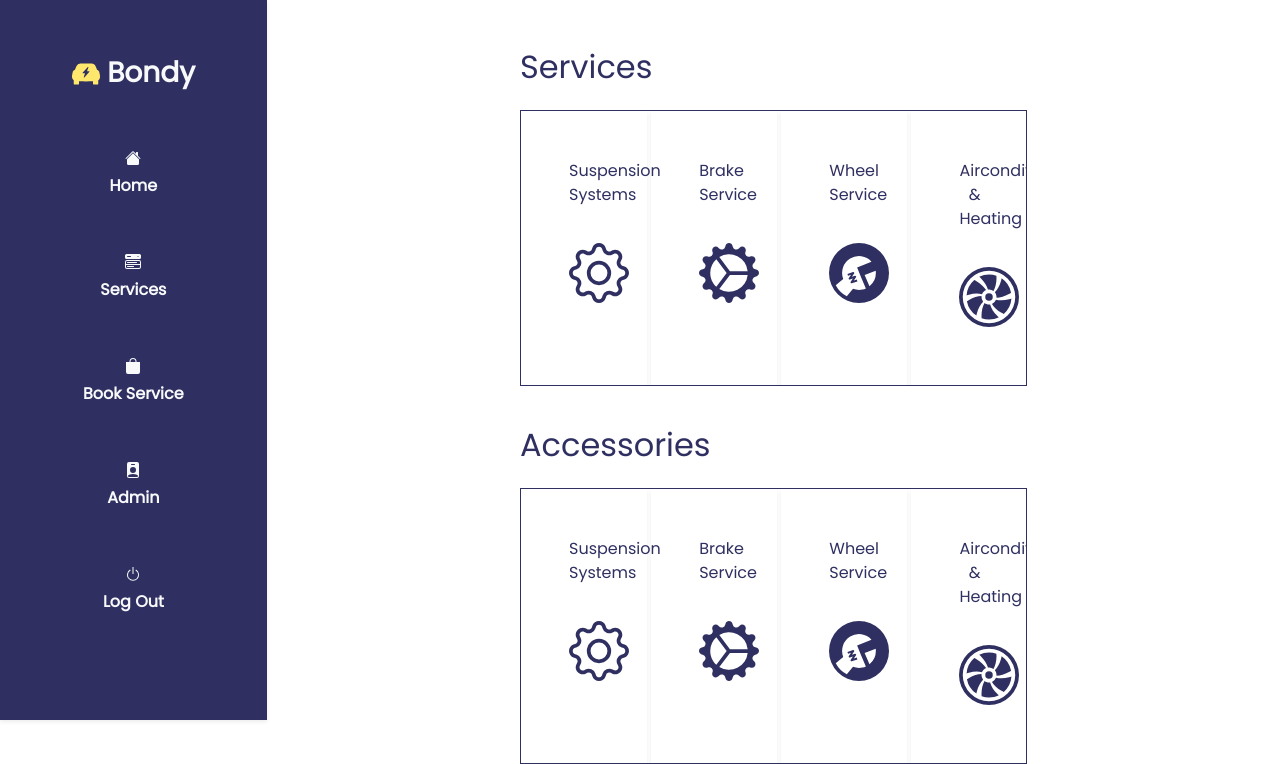
Repository: duzzisantos/bondy
Page: /
The author's editor kept a copy of each file at every save. The page is drawn from the files as they stood at one save, then again after the next save.
The browser window is 1280 px wide. The pictures show the whole page.
Some web libraries are served in a nearby version. The project was rebuilt for these pictures with package versions that can differ from the ones it lists, and the page was loaded fresh each time.

Above is the page before, as saved 2023-06-18 01:39:55.

### public/index.html
<!DOCTYPE html>
<html lang="en">
  <head>
    <meta charset="utf-8" />
    <link rel="icon" href="%PUBLIC_URL%/favicon.ico" />
    <meta name="viewport" content="width=device-width, initial-scale=1" />
    <meta name="theme-color" content="#000000" />
    <meta
      name="description"
      content="Web site created using create-react-app"
    />
    <link rel="apple-touch-icon" href="%PUBLIC_URL%/logo192.png" />
    <!-- Option 1: Include in HTML -->
    <link
      rel="stylesheet"
      href="https://cdn.jsdelivr.net/npm/bootstrap-icons@1.3.0/font/bootstrap-icons.css"
    />
    <link rel="preconnect" href="https://fonts.googleapis.com" />
    <link rel="preconnect" href="https://fonts.gstatic.com" crossorigin />
    <!--
      manifest.json provides metadata used when your web app is installed on a
      user's mobile device or desktop. See https://developers.google.com/web/fundamentals/web-app-manifest/
    -->
    <link rel="manifest" href="%PUBLIC_URL%/manifest.json" />
    <!--
      Notice the use of %PUBLIC_URL% in the tags above.
      It will be replaced with the URL of the `public` folder during the build.
      Only files inside the `public` folder can be referenced from the HTML.

      Unlike "/favicon.ico" or "favicon.ico", "%PUBLIC_URL%/favicon.ico" will
      work correctly both with client-side routing and a non-root public URL.
      Learn how to configure a non-root public URL by running `npm run build`.
    -->
    <title>React App</title>
  </head>
  <body>
    <noscript>You need to enable JavaScript to run this app.</noscript>
    <div id="root"></div>
    <!--
      This HTML file is a template.
      If you open it directly in the browser, you will see an empty page.

      You can add webfonts, meta tags, or analytics to this file.
      The build step will place the bundled scripts into the <body> tag.

      To begin the development, run `npm start` or `yarn start`.
      To create a production bundle, use `npm run build` or `yarn build`.
    -->
  </body>
</html>

### src/index.js
import React from "react";
import ReactDOM from "react-dom/client";
import "./index.css";
import App from "./App";
import "bootstrap/dist/css/bootstrap.min.css";
import { BrowserRouter as Router } from "react-router-dom";

const root = ReactDOM.createRoot(document.getElementById("root"));
root.render(
  <React.StrictMode>
    <Router>
      <App />
    </Router>
  </React.StrictMode>
);

### src/App.js
import "./App.css";
import "bootstrap";
import SideBar from "./components/Navigation/SideBar";
import { Routes, Route } from "react-router-dom";
import LandingPage from "./views/LandingPage";
function App() {
  return (
    <div className="App d-flex flex-row flex-nowrap">
      <SideBar />
      <Routes>
        <Route path="/" element={<LandingPage />} />
        <Route path="/home" element={<LandingPage />} />
      </Routes>
    </div>
  );
}

export default App;

### src/App.css
@import url("https://fonts.googleapis.com/css2?family=Cabin&family=Montserrat:wght@200&family=Poppins&display=swap");

* {
  font-family: "Poppins", sans-serif;
}
.App {
  text-align: center;
}

.custom-color {
  color: #2f3061 !important;
}

.custom-bg-color {
  background-color: #2f3061;
}

.custom-border {
  border: 1px solid #2f3061;
}

### src/components/Navigation/SideBar.tsx
import React, { FunctionComponent } from "react";
import "react-bootstrap";
import "../../App.css";
import "./Navigation.scss";
import { Link } from "react-router-dom";
import {
  HouseFill,
  BagFill,
  PersonBadgeFill,
  Power,
  EvFrontFill,
  MenuButtonWideFill,
} from "react-bootstrap-icons";

const commonLinkClasses =
  "d-flex flex-column justify-content-center align-items-center p-1 gap-2 text-light text-decoration-none fw-bold";
const SideBar: FunctionComponent = () => {
  return (
    <div className="col-2 vh-100 custom-bg-color shadow-sm p-5 text-light d-flex flex-column vstack gap-5">
      <Link to={"/"} className={commonLinkClasses + " fs-3"}>
        <span>
          <EvFrontFill className="brand-icon-color" /> Bondy
        </span>
      </Link>
      <Link to={"/home"} className={commonLinkClasses}>
        <HouseFill />
        Home
      </Link>

      <Link to={"/services"} className={commonLinkClasses}>
        <MenuButtonWideFill />
        Services
      </Link>

      <Link to={"/book-service"} className={commonLinkClasses}>
        <BagFill />
        Book Service
      </Link>

      <Link to={"/admin"} className={commonLinkClasses}>
        <PersonBadgeFill />
        Admin
      </Link>

      <Link to={"/logout"} className={commonLinkClasses}>
        <Power />
        Log Out
      </Link>
    </div>
  );
};

export default SideBar;

### src/views/LandingPage.tsx
import React, { FunctionComponent } from "react";
import "../components/Home/LandingPage.scss";
import LandingPageScrollContainer from "src/components/Home/LandingPageScrollContainer";
import { servicesList } from "src/components/Home/landingPageContent";

const LandingPage: FunctionComponent = () => {
  const handleClick = () => {
    console.log("This was clicked");
  };
  return (
    <div className="col-9 pt-5 vstack gap-5 d-flex flex-column align-items-center">
      <LandingPageScrollContainer
        content={servicesList}
        category="Services"
        handleClick={handleClick}
      />
      <LandingPageScrollContainer
        content={servicesList}
        category="Accessories"
        handleClick={handleClick}
      />
    </div>
  );
};

export default LandingPage;

### src/components/Navigation/Navigation.scss
.brand-icon-color {
  color: #ffe66d !important;
}

### src/components/Home/LandingPage.scss
.scroll-container-fixed {
  position: fixed !important;
}

.scroll-container-size {
  height: 330px !important;
}

.service-card {
  height: 270px !important;
}

.service-icon-font {
  font-size: 60px !important;
}

### src/components/Home/LandingPageScrollContainer.tsx
import React, { FunctionComponent } from "react";
import "../../App.css";
import { Link } from "react-router-dom";

interface ScrollContainerProps {
  content: any[];
  category: string;
  handleClick: any;
}
const LandingPageScrollContainer: FunctionComponent<ScrollContainerProps> = ({
  content,
  category,
  handleClick,
}) => {
  return (
    <section className="col-6 scroll-container-size">
      <h2 className="text-start mb-4 custom-color">{category}</h2>
      <div className="overflow-x-scroll w-100 d-flex flex-row hstack gap-1 custom-border">
        {content.map((element, index) => (
          <Link
            to={`/services/${element.category}`}
            key={index}
            className={`text-decoration-none p-5 w-25 shadow-sm d-flex flex-column vstack gap-3`}
            onClick={handleClick}
          >
            <span className="custom-color">{element.category}</span>
            <span className={`service-icon-font custom-color`}>
              {element.icon}
            </span>
          </Link>
        ))}
      </div>
    </section>
  );
};

export default LandingPageScrollContainer;

### src/components/Home/landingPageContent.tsx
import React from "react";
import {
  Gear,
  GearWideConnected,
  WrenchAdjustableCircleFill,
  Fan,
  DropletHalf,
  CarFrontFill,
} from "react-bootstrap-icons";
export const servicesList = [
  {
    id: 1,
    category: "Suspension Systems",
    icon: <Gear />,
  },
  {
    id: 2,
    category: "Brake Service",
    icon: <GearWideConnected />,
  },
  {
    id: 3,
    category: "Wheel Service",
    icon: <WrenchAdjustableCircleFill />,
  },
  {
    id: 4,
    category: "Airconditioning & Heating",
    icon: <Fan />,
  },
  {
    id: 5,
    category: "Oil Change",
    icon: <DropletHalf />,
  },
  {
    id: 6,
    category: "Body Work",
    icon: <CarFrontFill />,
  },
];

Loaded but not shown: src/index.css (common file)

After the next save:
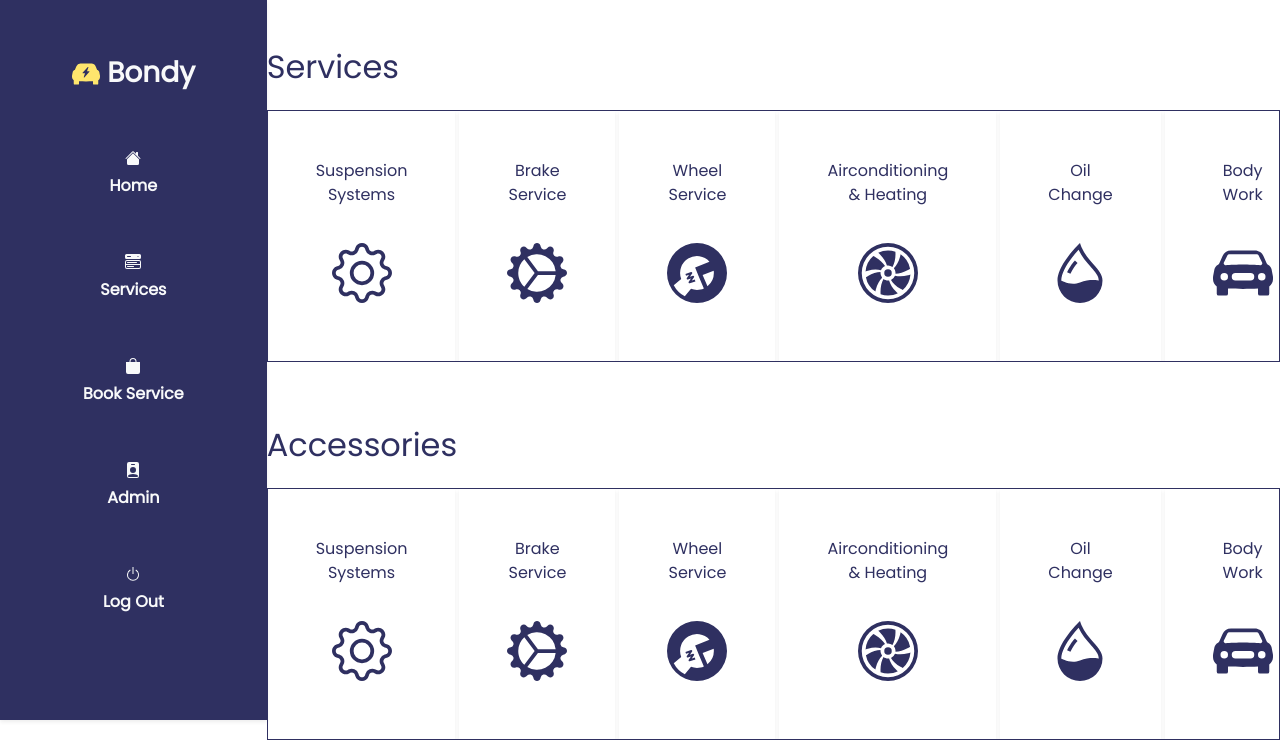
Saved 39 s later.
--- a/src/components/Home/LandingPageScrollContainer.tsx
+++ b/src/components/Home/LandingPageScrollContainer.tsx
@@ -13,7 +13,7 @@ const LandingPageScrollContainer: FunctionComponent<ScrollContainerProps> = ({
   handleClick,
 }) => {
   return (
-    <section className="col-6 scroll-container-size">
+    <section className="col-6 w-100 scroll-container-size">
       <h2 className="text-start mb-4 custom-color">{category}</h2>
       <div className="overflow-x-scroll w-100 d-flex flex-row hstack gap-1 custom-border">
         {content.map((element, index) => (
